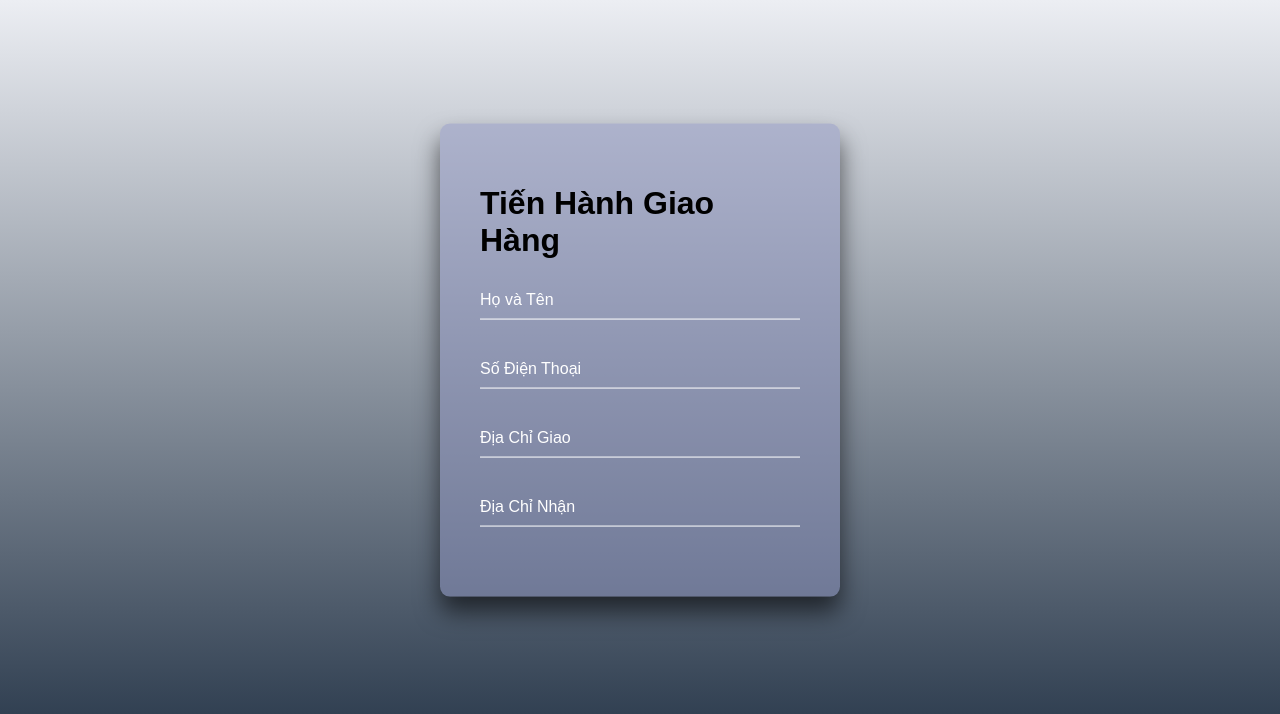
Repository: Pnguyen285/Demo
Page: Giao diện/index.html
The author's editor kept a copy of each file at every save. The page is drawn from the files as they stood at one save, then again after a run of saves.
The browser window is 1280 px wide. The pictures show the whole page.

Above is the page before, as saved 2023-07-27 21:53:42.

### Giao diện/index.html
<!DOCTYPE html>
<html lang="en">
<head>
  <meta charset="UTF-8">
  <meta name="viewport" content="width=device-width, initial-scale=1.0">
  <title>Document</title>
  <link rel="stylesheet" type="" href="style.css">
</head>
<body>
  <div class="login-box">
    <h1>Tiến Hành Giao Hàng</h1>
    <form>
      <div class="user-box">
        <input type="text" name="" required="">
        <label>Họ và Tên</label>
      </div>
      <div class="user-box">
        <input type="text" name="" required="">
        <label>Số Điện Thoại</label>
      </div>
      <div class="user-box">
        <input type="text" name="" required="">
        <label>Địa Chỉ Giao</label>
      </div>
      <div class="user-box">
        <input type="text" name="" required="">
        <label>Địa Chỉ Nhận</label>
      </div>

    </form>
  </div>
</body>
</html>

### Giao diện/style.css
html {
  height: 100%;
}
body {
  margin:0;
  padding:0;
  font-family: sans-serif;
  background: linear-gradient(#eceef3, #303f51);
}

.login-box {
  position: absolute;
  top: 50%;
  left: 50%;
  width: 400px;
  padding: 40px;
  transform: translate(-50%, -50%);
  background: rgba(144, 150, 194, 0.5);
  box-sizing: border-box;
  box-shadow: 0 15px 25px rgba(0,0,0,.6);
  border-radius: 10px;
}

.login-box h2 {
  margin: 0 0 30px;
  padding: 0;
  color: #fff;
  text-align: center;
}

.login-box .user-box {
  position: relative;
}

.login-box .user-box input {
  width: 100%;
  padding: 10px 0;
  font-size: 16px;
  color: #0b0909;
  margin-bottom: 30px;
  border: none;
  border-bottom: 1px solid #fff;
  outline: none;
  background: transparent;
}
.login-box .user-box label {
  position: absolute;
  top:0;
  left: 0;
  padding: 10px 0;
  font-size: 16px;
  color: #fff;
  pointer-events: none;
  transition: .5s;
}

.login-box .user-box input:focus ~ label,
.login-box .user-box input:valid ~ label {
  top: -20px;
  left: 0;
  color: #0a0704;
  font-size: 12px;
}

After the next 2 saves:
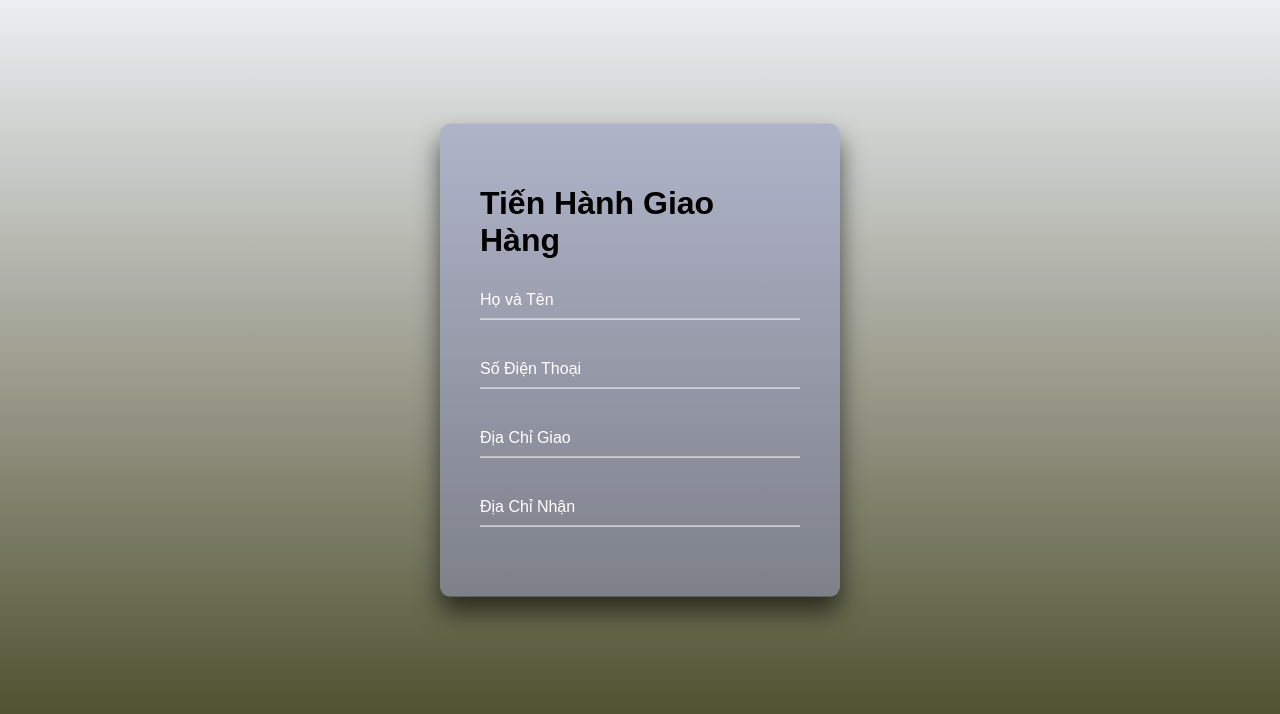
The 2 saves are shown as one change because they came seconds apart.
The last was saved 7 s later.
--- a/Giao diện/style.css
+++ b/Giao diện/style.css
@@ -5,7 +5,7 @@
   margin:0;
   padding:0;
   font-family: sans-serif;
-  background: linear-gradient(#eceef3, #303f51);
+  background: linear-gradient(#eceef3, #505130);
 }
 
 .login-box {

After the save that followed:
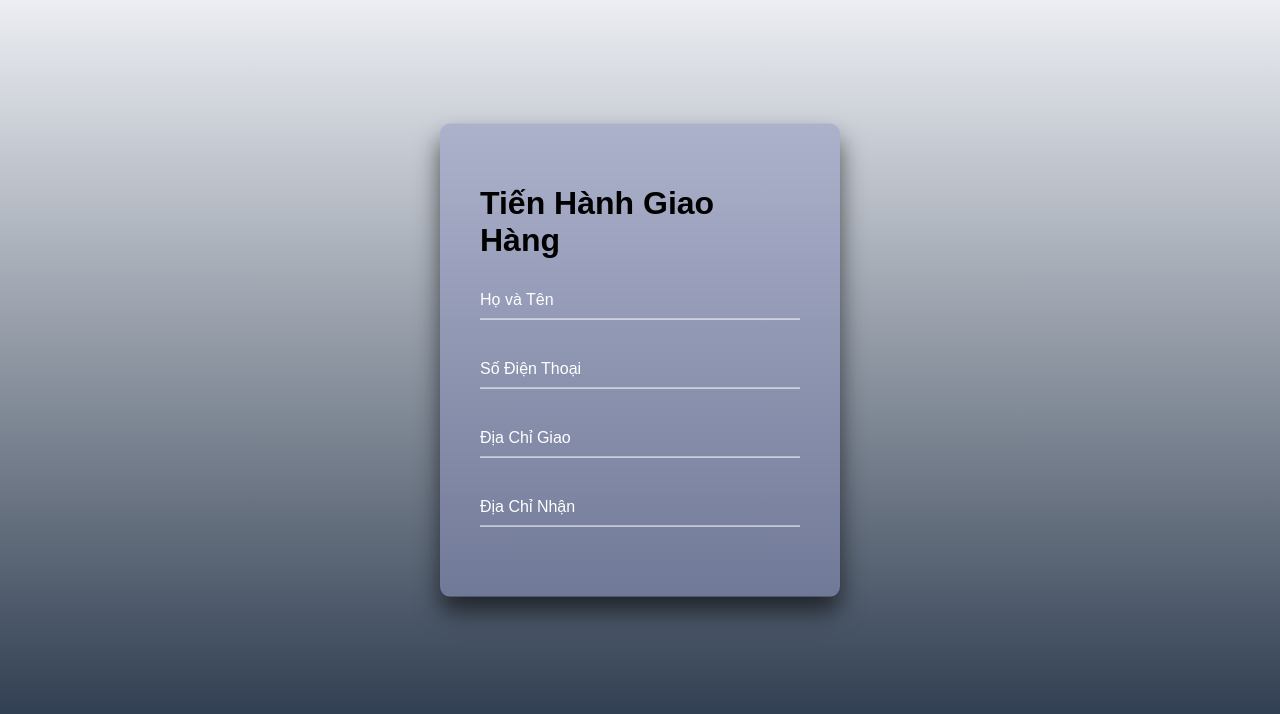
Saved 5 s later.
--- a/Giao diện/style.css
+++ b/Giao diện/style.css
@@ -5,7 +5,7 @@
   margin:0;
   padding:0;
   font-family: sans-serif;
-  background: linear-gradient(#eceef3, #505130);
+  background: linear-gradient(#eceef3, #303e51);
 }
 
 .login-box {
